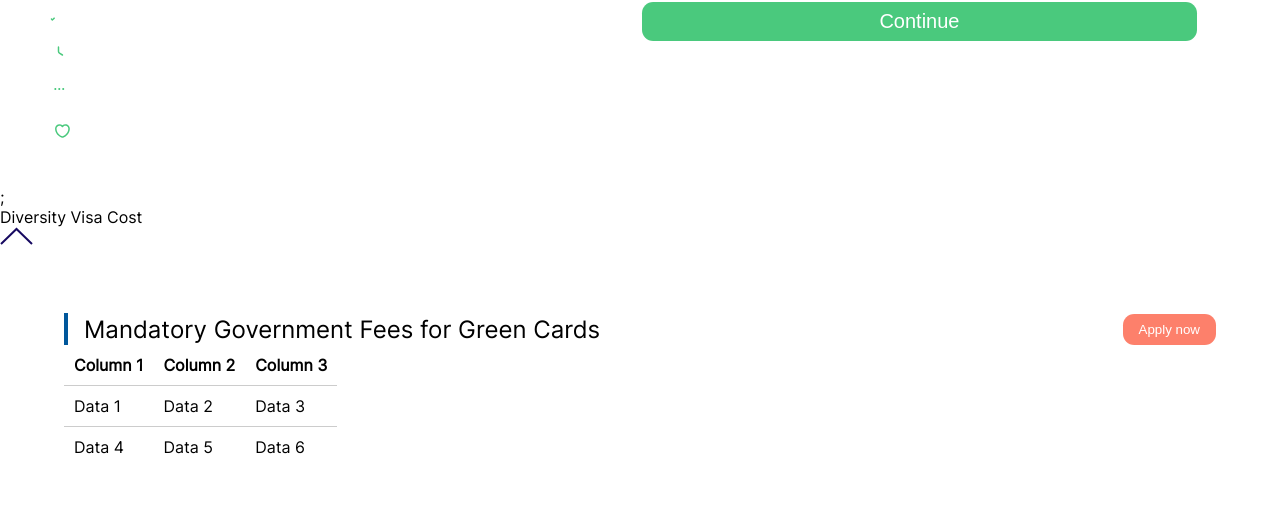
Repository: switch247/small_ui
Page: /, after clicking the first element matching `div.dropdown__clickable`
These files come from the project's save history. The page is drawn as it stood at one moment and after the next save; the edit follows.
The browser window is 1280 px wide. The pictures show the part of the page from y = 720 to 1263 px (the page is 1251 px tall before and 1263 px after).
The project was rebuilt for these pictures with package versions that can differ from the ones it lists, and the page was loaded fresh each time.

Above is the page before, as saved 2023-10-12 17:06:03.

### src/index.css
@font-face {
  font-family: Inter;
  src: url("./assets/fonts/Inter-Regular.ttf");
}

body {
  margin: 0;
  font-family: Inter;
}

code {
  font-family: source-code-pro, Menlo, Monaco, Consolas, "Courier New",
    monospace;
}

:root {
  --Verde: #4ac97d;
  --Dark_Blue: #1f3655;
  --Darker_Blue: #011527;
  --Cinza_Cairo: #e8e7e7;
  --Cinza_Cairo_2: #cdcbcb;
  --Azul_Escuro: #01264a;
  --Orange: #fd806b;
}

### src/App.tsx
import React from "react";
import "./App.css";
import Home from "./components/Home";
import TableView from "./components/Table";
import Description from "./components/Description";

function App() {
  return (
    <div className="App">
      <Home />
      <Description />
    </div>
  );
}

export default App;

### src/App.css
html {
  position: relative;
}

.App {
  height: 100%;
}

### src/components/Home.tsx
import React from "react";
import BorderdButton from "../elements/BorderdButton";
import "../css/components/Home.css";
import GreenCard from "./GreenCard";
import NumberCard from "../elements/NumberCard";

const Home = () => {
  return (
    <>
      <div className="app__background"></div>
      <main className="main">
        <header className="app__header">
          <img className="gov_assist_logo" src="/images/Govassist.png" alt="" />
          <BorderdButton text="Live Chat" color="white" />
        </header>
        <div className="main__container">
          <div className="main__left__contianer">
            <div className="main__left__title">
              Win the right to live{" "}
              <span style={{ color: "white" }}>
                {" "}
                <br /> in the USA!
              </span>
            </div>
            <div className="main__left__small_container">
              <div className="edge"></div>
              <div className="main__left__desc">
                The official deadline <br />
                is running, so hurry <br />
                up and{" "}
                <span
                  style={{ textDecoration: "underline", cursor: "pointer" }}
                >
                  apply here!
                </span>
              </div>
              <div className="number__list__container">
                <div>
                  <NumberCard number={27} desc="DAYS" />
                </div>
                <div>
                  <NumberCard number={24} desc="HOURS" />
                </div>
                <div>
                  <NumberCard number={60} desc="MINUTES" />
                </div>
                <div>
                  <NumberCard number={27} desc="SECONDS" />
                </div>
              </div>
            </div>
            <div className="main__left__lists">
              <div className="list">
                <img
                  className="list__img"
                  src="/images/🦆 icon _people_.svg"
                  alt=""
                />
                <div className="list__desc">
                  50,000 people and their families will Live, Work and Study in
                  USA.
                </div>
              </div>
              <div className="list">
                <img
                  className="list__img"
                  src="/images/🦆 icon _medal star_.svg"
                  alt=""
                />
                <div className="list__desc">
                  OFFICIAL USA Governmental program.
                </div>
              </div>
              <div className="list">
                <img
                  className="list__img"
                  src="/images/🦆 icon _wallet check_.svg"
                  alt=""
                />
                <div className="list__desc">
                  Your chance to LIVE, WORK & STUDY in USA.
                </div>
              </div>
              <div className="list">
                <img
                  className="list__img"
                  src="/images/🦆 icon _clock_.svg"
                  alt=""
                />
                <div className="list__desc">
                  Simple registration within 5 minutes.
                </div>
              </div>
              <div className="list">
                <img
                  className="list__img"
                  src="/images/🦆 icon _message_.svg"
                  alt=""
                />
                <div className="list__desc">
                  Personal support in every step.
                </div>
              </div>
              <div className="list">
                <img
                  className="list__img"
                  src="/images/🦆 icon _lovely_.svg"
                  alt=""
                />
                <div className="list__desc">
                  Double chance for married people to win the Green Card.
                </div>
              </div>
            </div>
          </div>
          <div className="main__right__contianer">
            <GreenCard />
          </div>
        </div>
      </main>
    </>
  );
};

export default Home;

### src/components/Description.tsx
import { useState } from "react";
import TableView from "./Table";

const Description = () => {
  const [dropDownState, setDropDownState] = useState(false);
  let img_src = dropDownState ? "/images/up.svg" : "/images/down.svg";
  return (
    <div className="description__container">
      <div className="description__title"></div>;
      <div className="description__dropdowns">
        <div className="dropdown">
          <div
            className="dropdown__clickable"
            onClick={() => {
              setDropDownState((dropDownState) => !dropDownState);
            }}
          >
            <div className="dropdown__title">Diversity Visa Cost</div>
            <img src={img_src} alt="" />
          </div>
          {dropDownState ? <TableView /> : null}
        </div>
      </div>
    </div>
  );
};

export default Description;

### src/elements/BorderdButton.tsx
import React from "react";
import "../css/elements/elements.css";

interface Props {
  borderColor?: string;
  text: string;
  color?: string;
  fontSize?: number;
}
const BorderdButton: React.FC<Props> = ({
  text,
  color,
  borderColor,
  fontSize,
}) => {
  return (
    <button
      className="borderd__button"
      style={{ color: color, borderColor: borderColor, fontSize: fontSize }}
    >
      {text}
    </button>
  );
};

export default BorderdButton;

### src/css/components/Home.css
html {
  position: relative;
  font-family: Inter;
}

.App {
  height: 100%;
}

.app__background {
  position: absolute;
  top: 0;
  left: 0;
  z-index: -9;
  background: url("../../../public/images/background.gif");
  background-repeat: no-repeat;
  background-size: cover;
  background-clip: border-box;
  width: 100%;
  height: 100vh;
}

.app__header {
  display: flex;
  background-color: var(--Dark_Blue);
  justify-content: space-between;
  align-items: center;
  padding: 0.5rem 2rem;
  margin: 2rem 3rem;
  border-top-right-radius: 0.7rem;
  border-bottom-right-radius: 0.7rem;
  border-top-left-radius: 0.7rem;
  border-bottom-left-radius: 0.7rem;
}
.gov_assist_logo {
  width: 10rem;
  aspect-ratio: 2/1;
}

.main__container {
  /* width: 100%; */
  display: flex;
  /* gap: 2rem; */
  margin: 3rem;
  justify-content: space-between;
}

.main__left__contianer {
  display: flex;
  flex-direction: column;
  gap: 2rem;
  flex: 1;
}
.main__left__title {
  font-size: 4rem;
  font-style: normal;
  font-weight: 700;
  color: var(--Verde);
}
.main__left__small_container {
  display: flex;
  justify-content: flex-start;
  align-items: center;
  gap: 1rem;
}
.edge {
  width: 5px;
  height: 4.5rem;
  background-color: #d9d9d9;
}
.number__list__container {
  display: flex;
  gap: 0.5rem;
}
.main__left__desc {
  font-size: 1.5rem;
  font-weight: 500;
  color: white;
}
.main__left__lists {
  display: flex;
  flex-direction: column;
  gap: 1rem;
}
.list {
  display: flex;
  gap: 1rem;
}
.list__img {
  width: 1.4rem;
  aspect-ratio: 1/1;
}
.list__desc {
  color: white;
}
.main__right__contianer {
  flex: 1;
  display: flex;
  justify-content: flex-end;
}

### src/components/GreenCard.tsx
import CustomInput from "../elements/CustomInput";
import "../css/components/GreenCard.css";
import CurvedButton from "../elements/CurvedButton";

const GreenCard = () => {
  return (
    <div className="card__container">
      <div className="small__title">
        <img className="arrow_image" src="/images/right_arrow.svg" alt="" />
        <div className="small_title_1">Check now for free</div>
      </div>
      <div className="main__title">Green card eligibility</div>
      <div className="card__name">
        <CustomInput placeholder="First Name" />
        <CustomInput placeholder="Last Name" />
      </div>
      <div className="card__email">
        <CustomInput placeholder="Email Address" />
        <CustomInput placeholder="Your email" />
      </div>
      <div className="card__country">
        <CustomInput placeholder="Your country of birth" />
      </div>

      <div className="card__marital">
        <CustomInput placeholder="Marital status" />
      </div>
      <div className="card_check">
        <input className="checkbox" type="checkbox" />
        <div>Yes, I finished high school OR I have qualifying training.</div>
      </div>
      <div className="card__continue">
        <CurvedButton
          text="Continue"
          color="white"
          backgroundColor="##4AC97D"
          fontSize={20}
        />
      </div>
    </div>
  );
};

export default GreenCard;

### src/elements/NumberCard.tsx
import React from "react";

interface Props {
  number: number;
  desc: string;
}
const NumberCard: React.FC<Props> = ({ number, desc }) => {
  return (
    <div className="number__container">
      <div className="number">{number}</div>
      <div className="desc">{desc}</div>
    </div>
  );
};

export default NumberCard;

### src/components/Table.tsx
import React from "react";
import "../css/components/Table.css";
import CurvedButton from "../elements/CurvedButton";

interface Props {}

const TableView: React.FC<Props> = () => {
  return (
    <div className="tableview__container">
      <div className="tableview__header">
        <div className="left__coint"></div>
        <div className="tableview__title">
          Mandatory Government Fees for Green Cards
        </div>
        <div className="tableview__curved__btn">
          <CurvedButton
            text="Apply now"
            color="white"
            backgroundColor="#fd806b"
          />
        </div>
      </div>
      <table>
        <thead>
          <tr>
            <th>Column 1</th>
            <th>Column 2</th>
            <th>Column 3</th>
          </tr>
        </thead>
        <tbody>
          <tr>
            <td>Data 1</td>
            <td>Data 2</td>
            <td>Data 3</td>
          </tr>
          <tr>
            <td>Data 4</td>
            <td>Data 5</td>
            <td>Data 6</td>
          </tr>
        </tbody>
      </table>
    </div>
  );
};

export default TableView;

### src/css/elements/elements.css
.curved__button {
  background-color: var(--Verde);
  outline: none;
  border: none;
  border-top-right-radius: 0.7rem;
  border-bottom-right-radius: 0.7rem;
  border-top-left-radius: 0.7rem;
  border-bottom-left-radius: 0.7rem;
  padding: 0.5rem 1rem;
  transition: all 200ms linear;
  cursor: pointer;
  flex: 1;
}

.curved__button:hover {
  background-color: var(--Verde);
}

.borderd__button {
  outline: none;
  border: 2px solid var(--Cinza_Cairo);
  border-top-right-radius: 0.3rem;
  border-bottom-right-radius: 0.3rem;
  border-top-left-radius: 0.3rem;
  border-bottom-left-radius: 0.3rem;
  padding: 0.7rem 1.2rem;
  transition: all 200ms linear;
  cursor: pointer;
  background-color: rgba(255, 255, 255, 0);
}

.custom_input {
  border: none;
  border-top-right-radius: 0.5rem;
  border-bottom-right-radius: 0.5rem;
  border-top-left-radius: 0.5rem;
  border-bottom-left-radius: 0.5rem;
  font-style: italic;
  padding: 0.7rem 0.7rem;
  background-color: var(--Cinza_Cairo);
  flex: 1;
  font-size: 1.2rem;
}
.custom_input:focus {
  outline: none;
}

.custom_input::placeholder {
  font-style: italic;
  color: var(--Cinza_Cairo_2);
  font-weight: 200;
  font-family: Inter;
}

.number__container {
  width: fit-content;
  display: flex;
  flex-direction: column;
  align-items: center;
  padding: 0.5rem 1rem;
  border-top-right-radius: 0.7rem;
  border-bottom-right-radius: 0.7rem;
  border-top-left-radius: 0.7rem;
  border-bottom-left-radius: 0.7rem;
  background-color: #080f1a;
}
.number {
  font-size: 2rem;
  font-weight: 800;
  color: white;
}
.desc {
  font-size: 0.7rem;
  font-weight: 300;
  color: #a5deff;
}

### src/elements/CustomInput.tsx
import React from "react";
import "../css/elements/elements.css";

interface Props {
  placeholder?: string;
  color?: string;
  placholderColor?: string;
  fontSize?: number;
}
const CustomInput: React.FC<Props> = ({
  color,
  placeholder,
  placholderColor,
}) => {
  return (
    <input
      className="custom_input"
      type="text"
      placeholder={placeholder}
      color={color}
    />
  );
};

export default CustomInput;

### src/css/components/GreenCard.css
.card__container {
  /* width: 40%; */
  width: fit-content;
  background-color: white;
  padding: 2.2rem;
  display: flex;
  flex-direction: column;
  align-items: center;
  justify-content: center;
  gap: 1.5rem;
  border-radius: 50px;
}
.small__title {
  display: flex;
  align-self: start;
  align-items: center;
  gap: 1rem;
  color: var(--Verde);
  font-weight: 600;
  font-size: 1.2rem;
}
.arrow_image {
  width: 1.4rem;
  aspect-ratio: 1/1;
}
.small_title_1 {
}
.checkbox {
  border: 4px solid black;
  border-radius: 4px;
}
.main__title {
  font-size: 48px;
  font-weight: 700;
}
.card__name {
  display: flex;
  width: 100%;
  gap: 0.5rem;
  justify-content: space-between;
}
.card__email {
  display: flex;
  width: 100%;
  gap: 0.5rem;
  justify-content: space-between;
}
.card__country {
  width: 100%;
  display: flex;
}

.card__marital {
  width: 100%;
  display: flex;
}

.card_check {
  align-self: flex-start;
  display: flex;
  gap: 1rem;
}
.card__continue {
  width: 100%;
  display: flex;
}

### src/elements/CurvedButton.tsx
import React from "react";
import "../css/elements/elements.css";

interface Props {
  backgroundColor?: string;
  text: string;
  color?: string;
  fontSize?: number;
}
const CurvedButton: React.FC<Props> = ({
  backgroundColor,
  color,
  text,
  fontSize,
}) => {
  return (
    <button
      className="curved__button"
      style={{
        backgroundColor: backgroundColor,
        color: color,
        fontSize: fontSize,
      }}
    >
      {text}
    </button>
  );
};

export default CurvedButton;

### src/css/components/Table.css
.tableview__container {
  /* width: 100%; */
  margin: 4rem;
}
.tableview__header {
  display: flex;
  justify-content: flex-start;
  align-items: center;
  gap: 1rem;
}
.tableview__title {
  flex-grow: 1;
  font-size: 1.5rem;
}
.tableview__curved__btn {
  align-self: flex-end;
}
.left__coint {
  width: 4px;
  height: 2rem;
  background-color: #00579b;
}
table {
  border-collapse: collapse;
}
th,
td {
  padding: 10px;
}
table td {
  border-top: 1px solid #ccc;
  margin: 1rem;
}

Loaded but not shown: public/index.html (common file); src/index.tsx (common file)

After the next save:
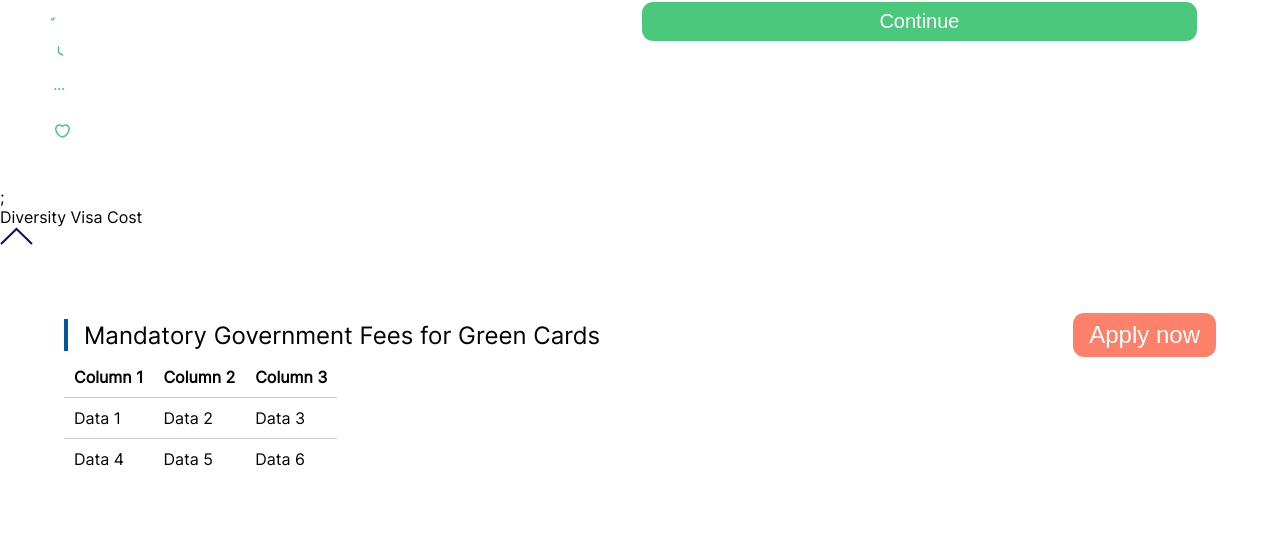
Saved 16 s later.
--- a/src/components/Table.tsx
+++ b/src/components/Table.tsx
@@ -17,6 +17,7 @@ const TableView: React.FC<Props> = () => {
             text="Apply now"
             color="white"
             backgroundColor="#fd806b"
+            fontSize={24}
           />
         </div>
       </div>
